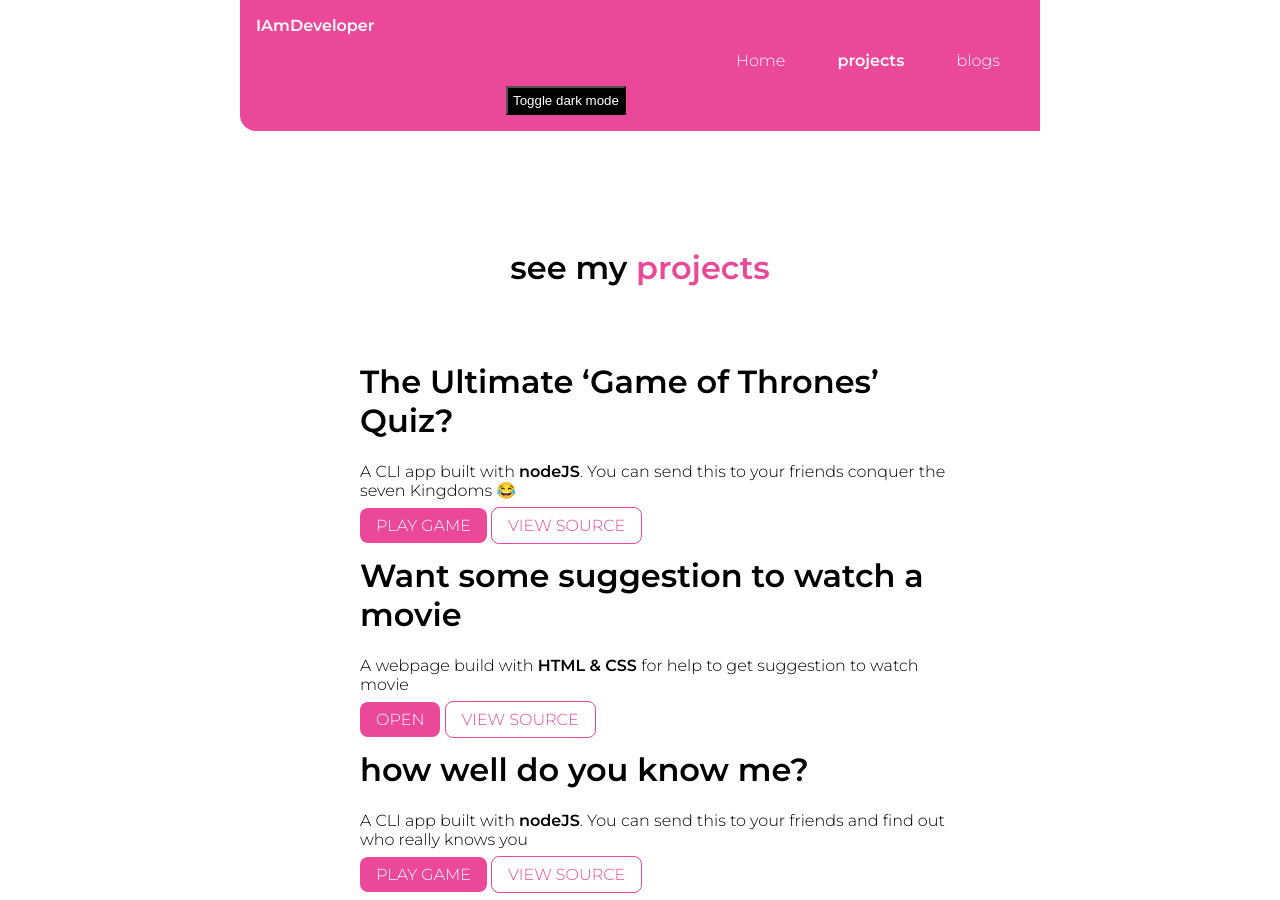
Repository: sohan2503001/Portfolio
Page: projects.html
The author's editor kept a copy of each file at every save. The page is drawn from the files as they stood at one save, then again after a run of saves.
The browser window is 1280 px wide. The pictures show the whole page.

Above is the page before, as saved 2021-04-12 13:38:50.

After the next 2 saves:
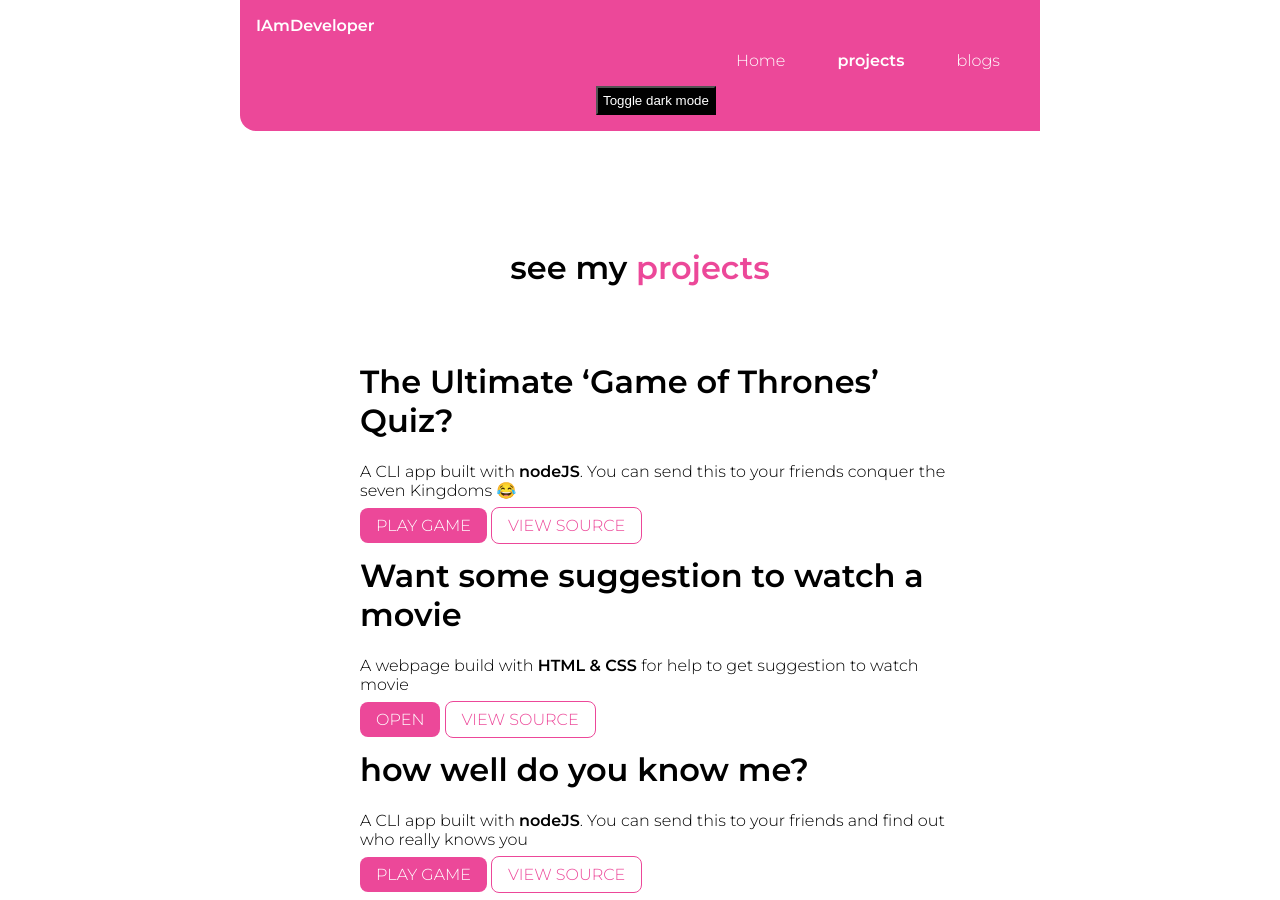
The 2 saves are shown as one change because they came seconds apart.
The last was saved 9 s later.
--- a/style.css
+++ b/style.css
@@ -153,5 +153,5 @@ hr{
     background-color: black;
     color: white;
     position: relative;
-    left: 250px;
+    left: 340px;
 }
